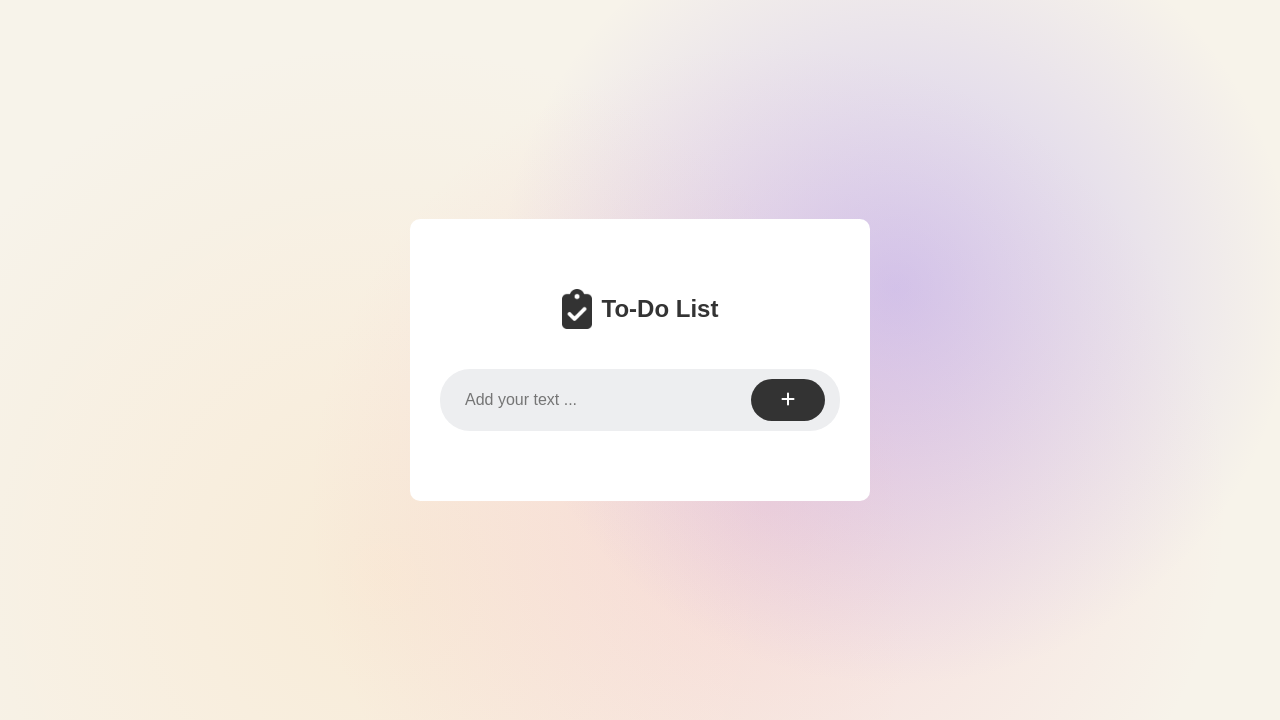
Repository: maltika/To-do_list
Page: index.html
These files come from the project's save history. The page is drawn as it stood at one moment and after the next save; the edit follows.
The browser window is 1280 px wide. The pictures show the whole page.

Above is the page before, as saved 2025-05-20 15:04:01.

### index.html
<!DOCTYPE html>
<html lang="en">
  <head>
    <meta charset="UTF-8" />
    <meta name="viewport" content="width=device-width, initial-scale=1.0" />
    <title>To-do List</title>
    <link rel="stylesheet" href="style.css" />
    <link
      rel="stylesheet"
      href="https://cdnjs.cloudflare.com/ajax/libs/font-awesome/6.5.0/css/all.min.css"
    />
  </head>
  <body>
    <div class="content">
      <div class="todo-app">
        <h2>
          <img src="img/Clipboard.png" />
          To-Do List
        </h2>
        <div class="row">
          <input type="text" id="input-box" placeholder="Add your text ..." />
          <button onclick="addTask()"><i class="fa-solid fa-plus"></i></button>
        </div>
        <ul id="list-container">
            <!-- <li class="checked"> Task 1 </li>
            <li> Task 2 </li>
            <li> Task 3 </li> -->
        </ul>
      </div>
    </div>
    <script src="script.js"></script>
  </body>
</html>

### style.css
body {
    margin: 0;
    padding: 0;
    min-height: 100vh;
    background-color: #f7f3ea;
    /* พื้นหลังหลัก */

    background-image:
        radial-gradient(circle at 70% 40%, rgba(128, 104, 243, 0.3), transparent 40%),
        radial-gradient(circle at 60% 70%, rgba(244, 148, 177, 0.25), transparent 50%),
        radial-gradient(circle at 30% 80%, rgba(255, 204, 140, 0.2), transparent 50%);

    background-repeat: no-repeat;
    background-size: cover;
    font-family: sans-serif;
}

.content {
    display: flex;
    justify-content: center;
    align-items: center;
    height: 100vh;
    /* text-align: center; */
    color: #333;
}

* {
    margin: 0;
    padding: 0;
    font-family: 'Poppins', sans-serif;
    box-sizing: border-box;
}

.todo-app {
    width: 100%;
    max-width: 460px;
    background-color: #fff;
    margin: 100px auto px;
    padding: 40px 30px 70px;
    border-radius: 10px;
    border-color: #A6A6A6;
}

.todo-app h2 {
    color: #333;
    display: flex;
    align-items: center;
    margin-top: 30px;
    margin-bottom: 40px;
    justify-content: center;
}

.todo-app h2 img {
    width: 30px;
    margin-right: 10px;
}

.row {
    display: flex;
    align-items: center;
    background: #edeef0;
    border-radius: 30px;
    padding: 10px 15px;
    margin-bottom: 25px 30px 0 30px;
    gap: 10px;
}

input {
    flex: 1;
    border: none;
    outline: none;
    background: transparent;
    padding: 10px;
    font-size: 16px;
}

button {
    border: none;
    outline: none;
    background: #333;
    color: #fff;
    padding: 12px 30px;
    font-size: 16px;
    cursor: pointer;
    border-radius: 40px;
}

ul li {
    list-style: none;
    font-size: 17px;
    padding: 12px 8px 12px 55px;
    margin-left: 30px;
    margin-right: 30px;
    user-select: none;
    cursor: pointer;
    position: relative;
}

ul li::before {
    content: '';
    position: absolute;
    height: 22px;
    width: 22px;
    border-radius: 50%;
    background-image: url(img/unchecked.png);
    background-size: cover;
    background-position: center;
    top: 11px;
    left: 10px;
}

ul li::after {
    content: '';
    position: absolute;
    left: 8px;
    bottom: -2px;
    width: 100%;
    max-width: 330px;
    height: 1px;

    /* ความหนาของเส้น */
    background-color: #A6A6A6;
    /* สีของเส้น */
    margin-top: 110px;
}

ul li.checked {
    color: #A6A6A6;
    font-style: italic;
    text-decoration: line-through;
}

ul li.checked::before {
    background-image: url(img/checked.png);

}

ul li span {
    position: absolute;
    right: 0;
    top: 5px;
    width: 40px;
    height: 40px;
    font-size: 22px;
    color: #A6A6A6;
    line-height: 40px;
    text-align: center;
    border-radius: 50px;
}

ul li span:hover{
    background-color: #dcdbdb;
}

### script.js
const inputBox = document.getElementById("input-box")
const listContainer = document.getElementById("list-container")

function addTask() {
    if (inputBox.value === '') {
        alert("You must write something!");
    }
    else {
        let li = document.createElement("li");
        li.innerHTML = inputBox.value;
        listContainer.appendChild(li);
        let span = document.createElement("span");
        span.innerHTML = "\u00d7";
        li.appendChild(span)
    }
    inputBox.value = "";
    saveData();
}

listContainer.addEventListener("click", function (e) {
    if(e.target.tagName === "LI") {
        e.target.classList.toggle("checked");
        saveData();
    }
    else if(e.target.tagName === "SPAN") {
        e.target.parentElement.remove();
        saveData();
    }
}, false);

function saveData(){
    localStorage.setItem("data" , listContainer.innerHTML);
}

function showTask(){
    listContainer.innerHTML = localStorage.getItem("data");
}
showTask();

After the next save:
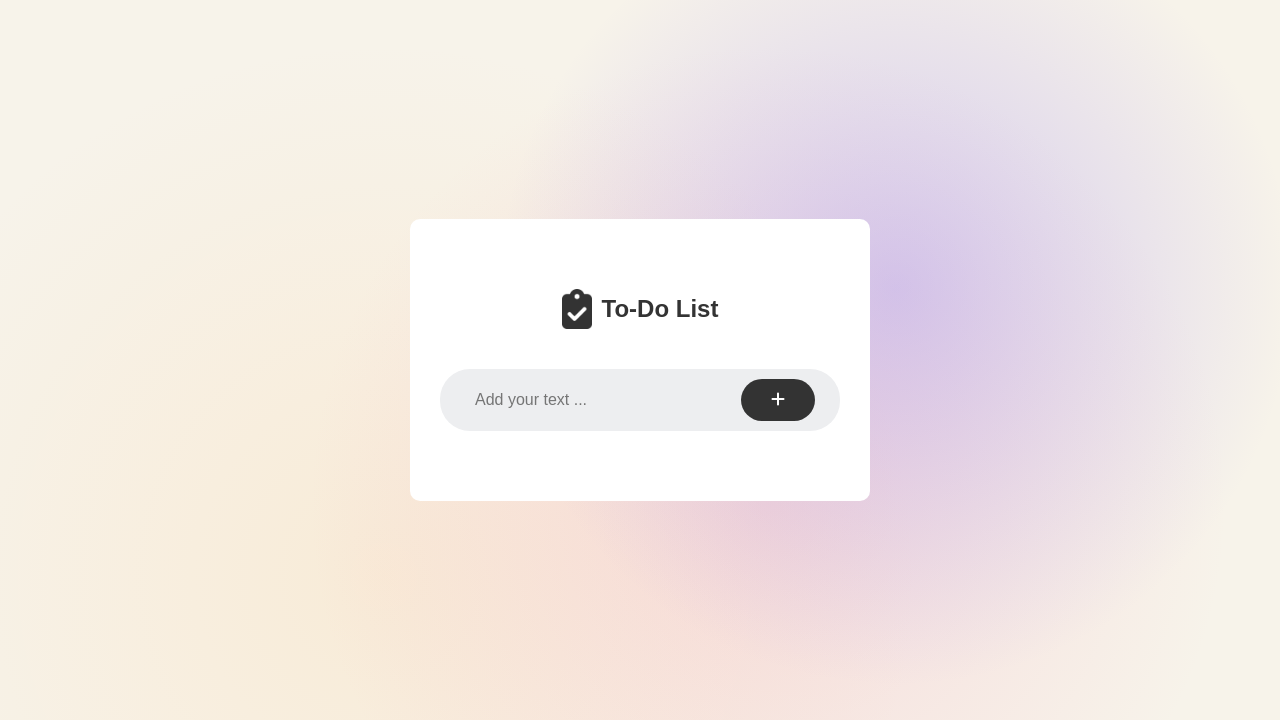
Saved 17 s later.
--- a/style.css
+++ b/style.css
@@ -60,7 +60,7 @@ body {
     align-items: center;
     background: #edeef0;
     border-radius: 30px;
-    padding: 10px 15px;
+    padding: 10px 25px;
     margin-bottom: 25px 30px 0 30px;
     gap: 10px;
 }
